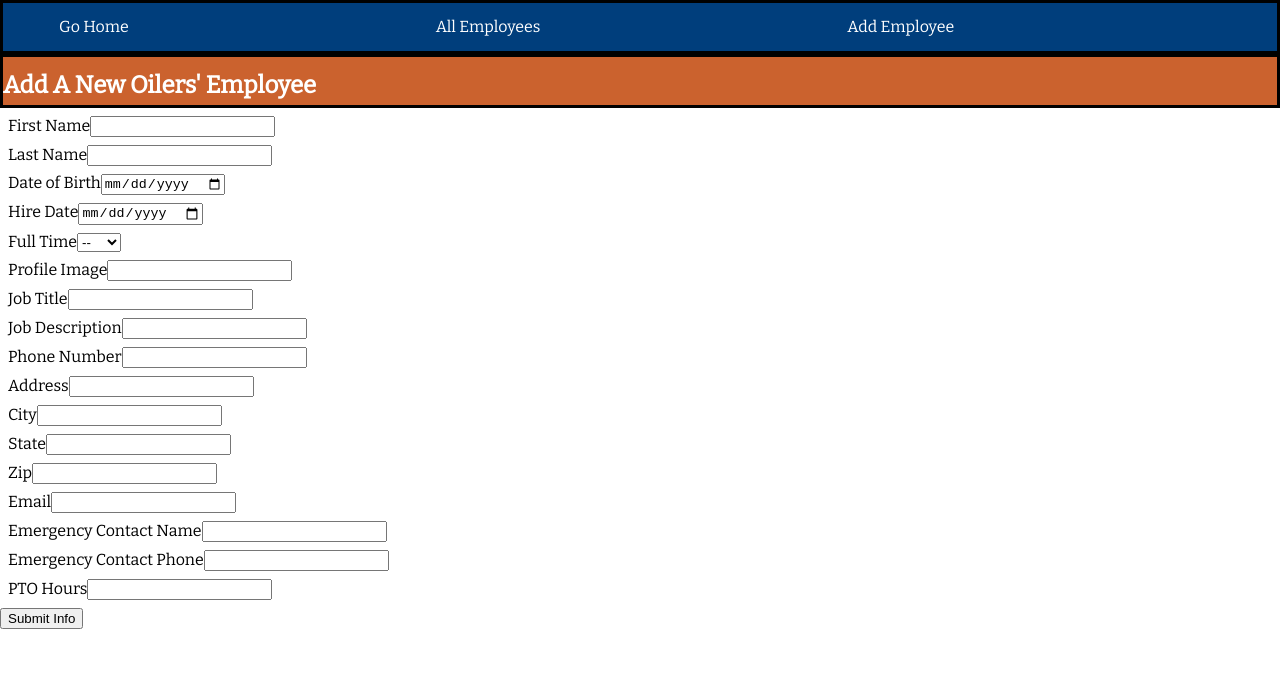
Repository: rh1456/employee-directory
Page: /2
An editor plug-in stored every save of this project. The page is shown before and after the next save, followed by the edit.
The browser window is 1280 px wide. The pictures show the whole page.
The project was rebuilt for these pictures with package versions that can differ from the ones it lists, and the page was loaded fresh each time. Also part of the build but not shown: src/pages/HomePage.jsx, src/pages/SingleEmployee.jsx, src/pages/AllEmployees.jsx.

Above is the page before, as saved 2019-12-08 19:12:47.

### public/index.html
<!DOCTYPE html>
<html lang="en">
  <head>
    <meta charset="utf-8" />
    <link rel="shortcut icon" href="%PUBLIC_URL%/favicon.ico" />
    <meta
      name="viewport"
      content="width=device-width, initial-scale=1, shrink-to-fit=no"
    />
    <meta name="theme-color" content="#000000" />
    <link
      href="https://fonts.googleapis.com/css?family=Bitter&display=swap"
      rel="stylesheet"
    />
    <!--
      manifest.json provides metadata used when your web app is added to the
      homescreen on Android. See https://developers.google.com/web/fundamentals/web-app-manifest/
    -->
    <link rel="manifest" href="%PUBLIC_URL%/manifest.json" />
    <!--
      Notice the use of %PUBLIC_URL% in the tags above.
      It will be replaced with the URL of the `public` folder during the build.
      Only files inside the `public` folder can be referenced from the HTML.

      Unlike "/favicon.ico" or "favicon.ico", "%PUBLIC_URL%/favicon.ico" will
      work correctly both with client-side routing and a non-root public URL.
      Learn how to configure a non-root public URL by running `npm run build`.
    -->
    <title>Employee Directory</title>
  </head>
  <body>
    <noscript>
      You need to enable JavaScript to run this app.
    </noscript>
    <div id="root"></div>
    <!--
      This HTML file is a template.
      If you open it directly in the browser, you will see an empty page.

      You can add webfonts, meta tags, or analytics to this file.
      The build step will place the bundled scripts into the <body> tag.

      To begin the development, run `npm start` or `yarn start`.
      To create a production bundle, use `npm run build` or `yarn build`.
    -->
  </body>
</html>

### src/index.css
:root {
  font: 16px / 1 'Bitter', serif;
}

html {
  height: 100%;
}

body {
  margin: 0;
  min-height: 100%;
}

ul {
  display: flex;
  flex-direction: row;
  justify-content: space-between;
  border: solid black;
  margin: 0;
  height: 3rem;
  background-color: #003e7c;
}
nav li {
  list-style: none;
  margin: 1rem;
  color: white;
}
.Nav-link {
  color: white;
  text-decoration: none;
}
.homepage-head {
  display: flex;
  margin: 2rem;
  justify-content: center;
  color: #e76222;
}

.homepage-main {
  display: flex;
  justify-content: center;
}

.oilers-logo {
  height: 20rem;
  width: auto;
}
.all-employees-main {
  display: flex;
  flex-direction: row;
  justify-content: space-between;
  flex-wrap: wrap;
}
.allEmployees {
  border: dotted #cb622e;
  margin: 2rem;
}

.employee-profile-image {
  height: 13rem;
}
.employeeLabel {
  margin: 0.5rem;
}
.employee-box-head {
  margin: 0;
  height: 2rem;
  color: white;
  background-color: #cb622e;
  font-style: italic;
}
.form-h2 {
  margin: 0;
  border: solid black;
  color: white;
  padding-top: 1rem;
  height: 2rem;
  background-color: #cb622e;
}

.employee-info-box {
  background-color: #6b9be8;
  margin: 0;
}

### src/App.jsx
import React from 'react'
import { BrowserRouter as Router, Link, Route, Switch } from 'react-router-dom'
// import AllEmployees from './pages/AllEmployees'
import AddEmployee from './pages/AddEmployee'
import HomePage from './pages/HomePage'
import SingleEmployee from './pages/SingleEmployee'
import AllEmployees from './pages/AllEmployees'

const App = () => {
  return (
    <Router>
      <header>
        <nav>
          <ul>
            <li>
              <Link to="/" className="Nav-link">
                Go Home
              </Link>
            </li>
            <li>
              <Link to="/1" className="Nav-link">
                All Employees
              </Link>
            </li>
            <li>
              <Link to="/2" className="Nav-link">
                Add Employee
              </Link>
            </li>
            <li>{/* <Link to="/employee/:id">Si</Link> */}</li>
          </ul>
        </nav>
      </header>

      <Switch>
        <Route exact path="/" component={HomePage}></Route>
        <Route exact path="/1" component={AllEmployees}></Route>
        <Route exact path="/2" component={AddEmployee}></Route>
        <Route path="/employee/:id" component={SingleEmployee}></Route>
      </Switch>
    </Router>
  )
}

export default App

// <main className="all-employees">
// {employeeData.map((info, i) => {
//   return (
//     <div className="employee-info">
//       <div className="empolyee-sect" key={i}>
//         <div className="employee-data">
//           <img className="employee-pic" src={info.profileImage} />
//           <h2 className="employee-full-name">
//             {info.firstName} {info.lastName}
//           </h2>
//           <h3 className="job">{info.jobTitle}</h3>
//           <h3 className="full-time">
//             Full Time: {info.isFullTime ? 'Yes' : 'No'}
//           </h3>
//         </div>
//       </div>
//     </div>
//   )
// })}

### src/pages/AddEmployee.jsx
import React, { useState } from 'react'
import { Redirect } from 'react-router-dom'
import axios from 'axios'

const AddEmployee = () => {
  const [resetForm, setResetForm] = useState('')
  const [firstName, setFirstName] = useState('')
  const [lastName, setLastName] = useState('')
  const [birthday, setBirthday] = useState('')
  const [hireDate, setHireDate] = useState('')
  const [isFullTime, setIsFullTime] = useState('')
  const [profileImage, setProfileImage] = useState('')
  const [jobTitle, setJobTitle] = useState('')
  const [jobDescription, setJobDescription] = useState('')
  const [phoneNumber, setPhoneNumber] = useState('')
  const [address, setAdress] = useState('')
  const [city, setCity] = useState('')
  const [state, setState] = useState('')
  const [zip, setZip] = useState('')
  const [email, setEmail] = useState('')
  const [emergencyContactPerson, setEmergencyContactPerson] = useState('')
  const [emergencyContactPhone, setEmergencyContactPhone] = useState('')
  const [emergencyContactAddress, setEmergencyContactAddress] = useState('')
  const [ptoHours, setPtoHours] = useState('')

  const submitForm = async event => {
    event.preventDefault()
    const resp = await axios.post(
      'https://sdg-staff-directory-app.herokuapp.com/api/oilers/Employees',

      {
        firstName: firstName,
        lastName: lastName,
        birthday: birthday,
        hireDate: hireDate,
        isFullTime: isFullTime,
        profileImage: profileImage,
        jobTitle: jobTitle,
        jobDescription: jobDescription,
        phoneNumber: phoneNumber,
        address: address,
        city: city,
        state: state,
        zip: zip,
        email: email,
        emergencyContactPerson: emergencyContactPerson,
        emergencyContactPhone: emergencyContactPhone,
        emergencyContactAddress: setEmergencyContactAddress,
        ptoHours,
        ptoHours,
      }
    )
  }
  return (
    <>
      <main>
        <h2 className="form-h2"> Add A New Oilers' Employee</h2>
        <form onSubmit={submitForm}>
          <section>
            <section className="employeeLabel">
              <label htmlFor="firstName">First Name</label>
              <input
                onChange={e => {
                  setFirstName(e.target.value)
                }}
                value={firstName}
                type="text"
              />
            </section>
            <section className="employeeLabel">
              <label htmlFor="lastName">Last Name</label>
              <input
                onChange={e => {
                  setLastName(e.target.value)
                }}
                value={lastName}
                type="text"
              />
            </section>
            <section className="employeeLabel">
              <label htmlFor="birthday">Date of Birth</label>
              <input
                className="dateData"
                onChange={e => {
                  setBirthday(e.target.value)
                }}
                type="date"
                value={birthday}
              />
            </section>
            <section className="employeeLabel">
              <label htmlFor="hireDate">Hire Date</label>
              <input
                className="dateData"
                onChange={e => {
                  setHireDate(e.target.value)
                }}
                type="date"
                value={hireDate}
              />
            </section>
            <section className="employeeLabel">
              <label htmlFor="fullTime">Full Time</label>
              <select
                onChange={e => {
                  setIsFullTime(e.target.value)
                }}
                type="text"
                value={isFullTime}
              >
                <option value="">--</option>
                <option value="true">Yes</option>
                <option value="false">No</option>
              </select>
            </section>
            <section className="employeeLabel">
              <label htmlFor="profileImage">Profile Image</label>
              <input
                onChange={e => {
                  setProfileImage(e.target.value)
                }}
                type="url"
                value={profileImage}
              />
            </section>
            <section className="employeeLabel">
              <label htmlFor="jobTitle">Job Title</label>
              <input
                onChange={e => {
                  setJobTitle(e.target.value)
                }}
                type="text"
                value={jobTitle}
              />
            </section>
            <section className="employeeLabel">
              <label htmlFor="jobDescription">Job Description</label>
              <input
                onChange={e => {
                  setJobDescription(e.target.value)
                }}
                type="text"
                value={jobDescription}
              />
            </section>
            <section className="employeeLabel">
              <label htmlFor="phone">Phone Number</label>
              <input
                onChange={e => {
                  setPhoneNumber(e.target.value)
                }}
                type="text"
                value={phoneNumber}
              />
            </section>
            <section className="employeeLabel">
              <label htmlFor="address">Address</label>
              <input
                onChange={e => {
                  setAdress(e.target.value)
                }}
                type="text"
                value={address}
              />
            </section>
            <section className="employeeLabel">
              <label htmlFor="city">City</label>
              <input
                onChange={e => {
                  setCity(e.target.value)
                }}
                type="text"
                value={city}
              />
            </section>
            <section className="employeeLabel">
              <label htmlFor="state">State</label>
              <input
                onChange={e => {
                  setState(e.target.value)
                }}
                type="text"
                value={state}
              />
            </section>
            <section className="employeeLabel">
              <label htmlFor="zip">Zip</label>
              <input
                onChange={e => {
                  setZip(e.target.value)
                }}
                type="text"
                value={zip}
              />
            </section>
            <section className="employeeLabel">
              <label htmlfor="email">Email</label>
              <input
                onChange={e => {
                  setEmail(e.target.value)
                }}
                type="text"
                value={email}
              />
            </section>
            <section className="employeeLabel">
              <label htmlFor="emergencyContactName">
                Emergency Contact Name
              </label>
              <input
                onChange={e => {
                  setEmergencyContactPerson(e.target.value)
                }}
                type="text"
                value={setEmergencyContactPerson}
              />
            </section>
            <section className="employeeLabel">
              <label htmlFor="emergencyContactPhone">
                {' '}
                Emergency Contact Phone
              </label>
              <input
                onChange={e => {
                  setEmergencyContactPhone.apply(e.target.value)
                }}
                type="text"
                value={emergencyContactPhone}
              />
            </section>
            <section className="employeeLabel">
              <label htmlFor="pto">PTO Hours</label>
              <input
                onChange={e => {
                  setPtoHours(e.target.value)
                }}
                type="text"
                value={ptoHours}
              />
            </section>
            <section className="sumbit">
              <button className="submit-button">Submit Info</button>
            </section>
          </section>
        </form>
      </main>
    </>
  )
}

export default AddEmployee

Loaded but not shown: src/index.js (common file)

After the next save:
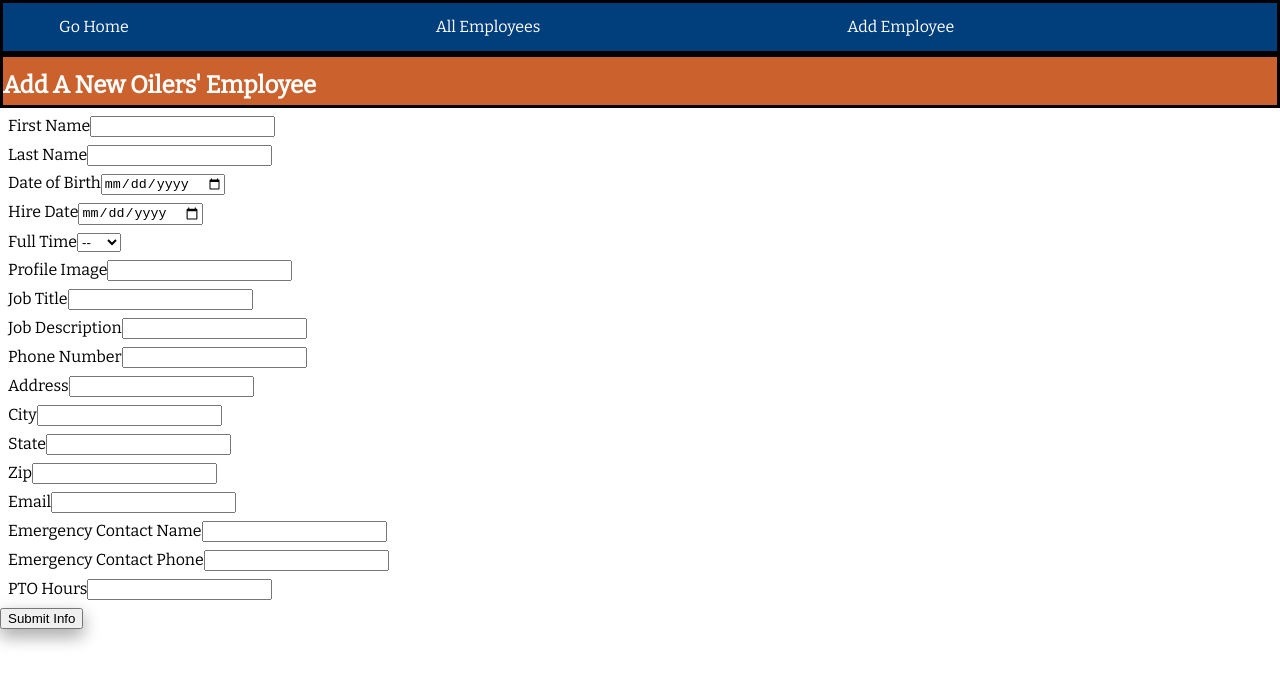
Saved 2 min 8 s later.
--- a/src/index.css
+++ b/src/index.css
@@ -82,3 +82,6 @@
   background-color: #6b9be8;
   margin: 0;
 }
+.submit-button {
+  box-shadow: 0 8px 16px 0 rgba(0, 0, 0, 0.2), 0 6px 20px 0 rgba(0, 0, 0, 0.19);
+}
